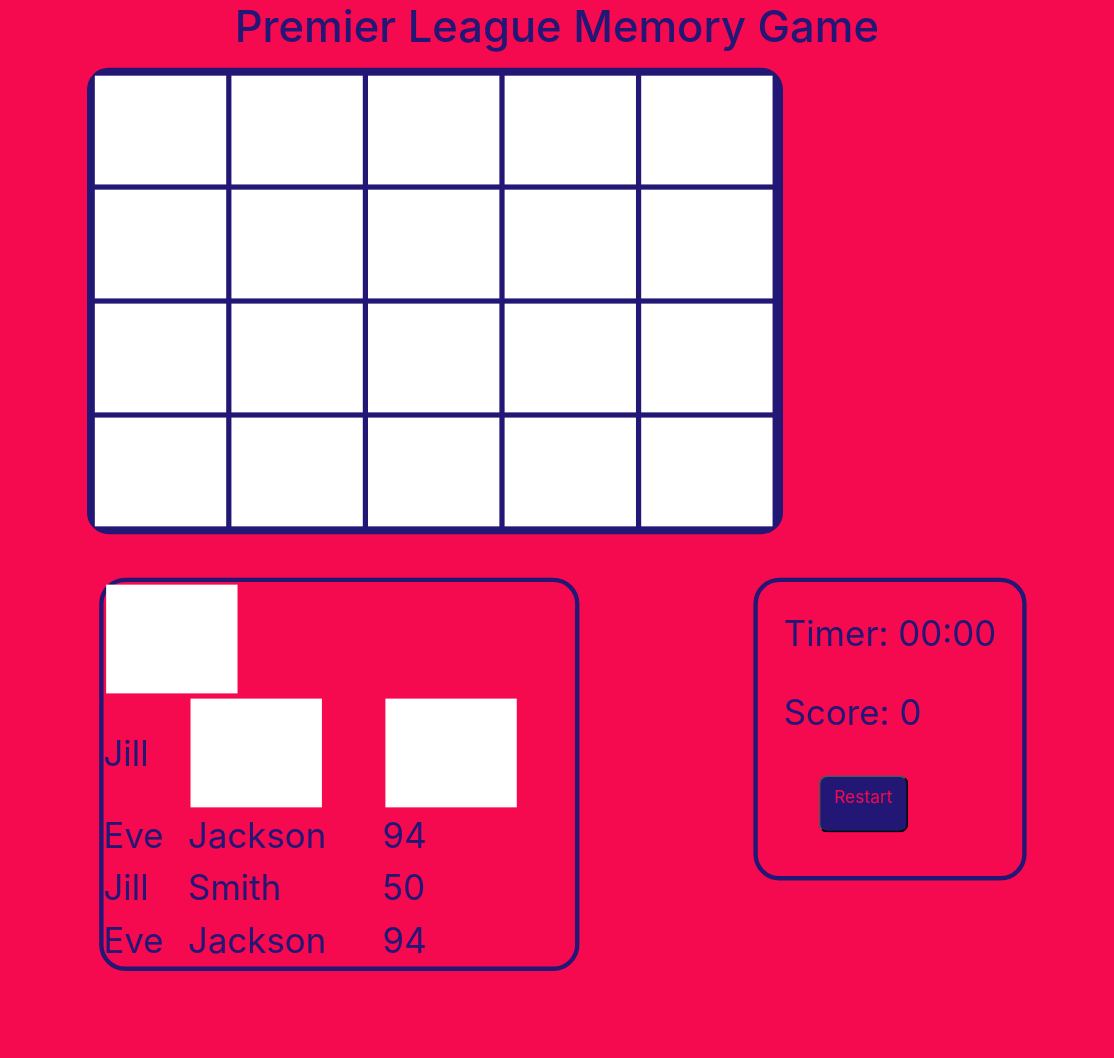
Repository: IchaTreasure/Premier-League-Memory-Game-
Page: index.html
The author's editor kept a record of every edit. The page is drawn from the files as they stood at one moment, then again after the next edit.
The browser window is 1280 px wide. The pictures show the whole page, at 87% of full size.
Some web libraries are served in a nearby version.

Above is the page before.

### index.html
<!DOCTYPE html>
<html lang="en">

<head>
    <meta charset="UTF-8">
    <meta name="viewport" content="width=device-width, initial-scale=1.0">
    <meta http-equiv="X-UA-Compatible" content="ie=edge">

    <link rel="stylesheet" href="https://maxcdn.bootstrapcdn.com/bootstrap/4.1.3/css/bootstrap.min.css">
    <link rel="stylesheet" href="https://use.fontawesome.com/releases/v5.6.1/css/all.css" integrity="sha384-gfdkjb5BdAXd+lj+gudLWI+BXq4IuLW5IT+brZEZsLFm++aCMlF1V92rMkPaX4PP" crossorigin="anonymous">
    <link rel="stylesheet" href="https://stackpath.bootstrapcdn.com/bootstrap/4.3.1/css/bootstrap.min.css" type="text/css" />
    <link rel="stylesheet" href="https://stackpath.bootstrapcdn.com/font-awesome/4.7.0/css/font-awesome.min.css" type="text/css" />
    <link rel="stylesheet" href="https://cdnjs.cloudflare.com/ajax/libs/hover.css/2.3.1/css/hover-min.css" type="text/css" />
    <link href="https://fonts.googleapis.com/css?family=Roboto:400,700" rel="stylesheet">
    <link rel="canonical" href="https://getbootstrap.com/docs/4.3/examples/starter-template/">



    <link rel="stylesheet" href="styles.css" type="text/css" />
    <title>Premier League Memory Game</title>
</head>

<body>
    <!-- Title of the the game -->
    <h1 style="color: #221775; text-align: center; font-size: 50px;">
        Premier League Memory Game
    </h1>



    <!-- div for the 4x5 Memory game -->
    <div id="game-container">

        <!-- div for the front and back images of the cards , coppied 20 time because its a 4x5 -->
        <div id="memory-card1" class="memory-card">
            <div id="back-card1" class="back-card">
                <img src="Images/manunited.jpg"></img>
            </div>
            <div id="front-card1" class="front-card">

            </div>
        </div>

        <!-- div for the front and back images of the cards , coppied 20 time because its a 4x5 -->
        <div id="memory-card2" class="memory-card">
            <div id="back-card2" class="back-card">
                <img src="Images/Mancity.png"></img>
            </div>
            <div id="front-card2" class="front-card">

            </div>
        </div>

        <!-- div for the front and back images of the cards , coppied 20 time because its a 4x5 -->
        <div id="memory-card3" class="memory-card">
            <div id="back-card3" class="back-card">
                <img src="Images/leicester.jpg"></img>
            </div>
            <div id="front-card3" class="front-card">

            </div>
        </div>

        <!-- div for the front and back images of the cards , coppied 20 time because its a 4x5 -->
        <div id="memory-card4" class="memory-card">
            <div id="back-card4" class="back-card">
                <img src="Images/Everton.png"></img>
            </div>
            <div id="front-card4" class="front-card">

            </div>
        </div>

        <!-- div for the front and back images of the cards , coppied 20 time because its a 4x5 -->
        <div id="memory-card5" class="memory-card">
            <div id="back-card5" class="back-card">
                <img src="Images/chelsea.png"></img>
            </div>
            <div id="front-card5" class="front-card">

            </div>
        </div>

        <!-- div for the front and back images of the cards , coppied 20 time because its a 4x5 -->
        <div id="memory-card6" class="memory-card">
            <div id="back-card6" class="back-card">
                <img src="Images/Watford.png"></img>
            </div>
            <div id="front-card6" class="front-card">

            </div>
        </div>

        <!-- div for the front and back images of the cards , coppied 20 time because its a 4x5 -->
        <div id="memory-card7" class="memory-card">
            <div id="back-card7" class="back-card">
                <img src="Images/west-ham.png"></img>
            </div>
            <div id="front-card7" class="front-card">

            </div>
        </div>

        <!-- div for the front and back images of the cards , coppied 20 time because its a 4x5 -->
        <div id="memory-card8" class="memory-card">
            <div id="back-card8" class="back-card">
                <img src="Images/bournemouth.jpg"></img>
            </div>
            <div id="front-card8" class="front-card">

            </div>
        </div>

        <!-- div for the front and back images of the cards , coppied 20 time because its a 4x5 -->
        <div id="memory-card9" class="memory-card">
            <div id="back-card9" class="back-card">
                <img src="Images/Burnley.png"></img>
            </div>
            <div id="front-card9" class="front-card">

            </div>
        </div>

        <!-- div for the front and back images of the cards , coppied 20 time because its a 4x5 -->
        <div id="memory-card10" class="memory-card">
            <div id="back-card10" class="back-card">
                <img src="Images/crystal_pal.png"></img>
            </div>
            <div id="front-card10" class="front-card">

            </div>
        </div>

        <!-- div for the front and back images of the cards , coppied 20 time because its a 4x5 -->
        <div id="memory-card11" class="memory-card">
            <div id="back-card11" class="back-card">
                <img src="Images/manunited.jpg"></img>
            </div>
            <div id="front-card11" class="front-card">

            </div>
        </div>

        <!-- div for the front and back images of the cards , coppied 20 time because its a 4x5 -->
        <div id="memory-card12" class="memory-card">
            <div id="back-card12" class="back-card">
                <img src="Images/Watford.png"></img>
            </div>
            <div id="front-card12" class="front-card">

            </div>
        </div>

        <!-- div for the front and back images of the cards , coppied 20 time because its a 4x5 -->
        <div id="memory-card13" class="memory-card">
            <div id="back-card13" class="back-card">
                <img src="Images/Burnley.png"></img>
            </div>
            <div id="front-card13" class="front-card">

            </div>
        </div>

        <!-- div for the front and back images of the cards , coppied 20 time because its a 4x5 -->
        <div id="memory-card14" class="memory-card">
            <div id="back-card14" class="back-card">
                <img src="Images/west-ham.png"></img>
            </div>
            <div id="front-card14" class="front-card">

            </div>
        </div>

        <!-- div for the front and back images of the cards , coppied 20 time because its a 4x5 -->
        <div id="memory-card15" class="memory-card">
            <div id="back-card15" class="back-card">
                <img src="Images/chelsea.png"></img>
            </div>
            <div id="front-card15" class="front-card">

            </div>
        </div>

        <!-- div for the front and back images of the cards , coppied 20 time because its a 4x5 -->
        <div id="memory-card16" class="memory-card">
            <div id="back-card16" class="back-card">
                <img src="Images/bournemouth.jpg"></img>
            </div>
            <div id="front-card16" class="front-card">

            </div>
        </div>

        <!-- div for the front and back images of the cards , coppied 20 time because its a 4x5 -->
        <div id="memory-card17" class="memory-card">
            <div id="back-card17" class="back-card">
                <img src="Images/leicester.jpg"></img>
            </div>
            <div id="front-card17" class="front-card">

            </div>
        </div>

        <!-- div for the front and back images of the cards , coppied 20 time because its a 4x5 -->
        <div id="memory-card18" class="memory-card">
            <div id="back-card18" class="back-card">
                <img src="Images/crystal_pal.png"></img>
            </div>
            <div id="front-card18" class="front-card">

            </div>
        </div>

        <!-- div for the front and back images of the cards , coppied 20 time because its a 4x5 -->
        <div id="memory-card19" class="memory-card">
            <div id="back-card19" class="back-card">
                <img src="Images/Mancity.png"></img>
            </div>
            <div id="front-card19" class="front-card">

            </div>
        </div>

        <!-- div for the front and back images of the cards , coppied 20 time because its a 4x5 -->
        <div id="memory-card20" class="memory-card">
            <div id="back-card20" class="back-card">
                <img src="Images/Everton.png"></img>
            </div>
            <div id="front-card20" class="front-card">

            </div>
        </div>

    </div>

    <!-- div for info about the current status of the game i.e time, score, flips -->
    <div class="game-info">

        <!-- div to show timer -->
        <div class="game-timer">
            <span>Timer:</span>
            <span>00:00</span>
        </div>

        <!-- div to show currnet score -->
        <div id="game-score">
            <span>Score:</span>
            <span>0</span>
        </div>

        <!-- div to reset the game -->
        <button id="reset-game" class="btn-lg active">
       <p style="color: #f50a50;">Restart</p>
        </button>

    </div>



    <div class="game-info">
        <table style="width:100%">
            <tr>
                <td>Jill</td>

                <!-- div for the front and back images of the cards , coppied 20 time because its a 4x5 -->
                <div id="memory-card1" class="memory-card">
                    <div id="back-card1" class="back-card">
                        <img src="Images/manunited.jpg"></img>
                    </div>
                    <div id="front-card1" class="front-card">

                    </div>
                </div>

                <td>


                <!-- div for the front and back images of the cards , coppied 20 time because its a 4x5 -->
                <div id="memory-card2" class="memory-card">
                    <div id="back-card2" class="back-card">
                        <img src="Images/Mancity.png"></img>
                    </div>
                    <div id="front-card2" class="front-card">

                    </div>
                </div>
</td>
                <td>
                    <!-- div for the front and back images of the cards , coppied 20 time because its a 4x5 -->
                    <div id="memory-card3" class="memory-card">
                        <div id="back-card3" class="back-card">
                            <img src="Images/leicester.jpg"></img>
                        </div>
                        <div id="front-card3" class="front-card">

                        </div>
                    </div>
                </td>
            </tr>
            <tr>
                <td>Eve</td>
                <td>Jackson</td>
                <td>94</td>
            </tr>
            <tr>
                <td>Jill</td>
                <td>Smith</td>
                <td>50</td>
            </tr>
            <tr>
                <td>Eve</td>
                <td>Jackson</td>
                <td>94</td>
            </tr>
        </table>

    </div>

    <script type="text/javascript" src="images.js"></script>
    <script type="text/javascript" src="script.js"></script>

    <script src="https://code.jquery.com/jquery-3.3.1.slim.min.js" integrity="sha384-q8i/X+965DzO0rT7abK41JStQIAqVgRVzpbzo5smXKp4YfRvH+8abtTE1Pi6jizo" crossorigin="anonymous"></script>
    <script src="https://cdnjs.cloudflare.com/ajax/libs/popper.js/1.14.7/umd/popper.min.js" integrity="sha384-UO2eT0CpHqdSJQ6hJty5KVphtPhzWj9WO1clHTMGa3JDZwrnQq4sF86dIHNDz0W1" crossorigin="anonymous"></script>
    <script src="https://stackpath.bootstrapcdn.com/bootstrap/4.3.1/js/bootstrap.min.js" integrity="sha384-JjSmVgyd0p3pXB1rRibZUAYoIIy6OrQ6VrjIEaFf/nJGzIxFDsf4x0xIM+B07jRM" crossorigin="anonymous"></script>

</body>

</html>

### styles.css
* {
  padding: 0;
  margin: 0;
  box-sizing: border-box;
  user-select: none;
}

body {
  background: #f50a50;
}

/* currnent status of the game stying */
.game-info {
  float: right;
	font-size: 40px;
	color: #221775;
	margin-top: 30px;
	margin-bottom: 100px;
	margin-right: 100px;
	margin-left: 100px;
	border: 5px solid #221775;
	border-radius: 30px;
}

/* Space between the timer and score */
#game-score{
	margin: 30px;
}
.game-timer{
  margin: 30px;
}

#reset-game {
  background-color: #221775;
	margin-bottom: 50px;
	margin-left: 70px;
	border-radius: 10px;
}

#game-container {
  float: left;
	width: 800px;
	height: auto;
	margin: 10px 20px 20px 100px;
	border: 6px solid #221775;
	background-color: #221775;
	border-radius: 25px;
}

img {
	width: 120px;
	height: 110px;
}

.memory-card{
  width: 151px;
	height: 125px;
	display: inline-block;
	float: left;
	margin: 3px;
	padding: 10px;
	background-color: white;
}

.front-card {
	position: absolute;
	width: 150px;
	height: 125px;
	margin: 0;
	transform: rotateY(0deg);
	transition: transform 0.5s linear 0s;
	backface-visibility: hidden;

}

.back-card {
	position: absolute;
	width: 150px;
	height: 125px;
	transform: rotateY(180deg);
	transition: transform 0.5s linear 0s;
	backface-visibility: hidden;
}

### script.js
//retriving the the classes of the game, timer, score and reset
var gamecontainer = document.getElementById("game-container");
var gametimer = document.getElementsByClassName("game-timer");
var gamescore = document.getElementById("game-score");
var resetgame = document.getElementsByClassName("reset-game");

var cardChecked = 0;
var cardNumber; // id of which card was clicked

var frontcard;
var backcard;

var endgame = false;

var cardIndex = [0, 0, 0, 0, 0, 0, 0, 0, 0, 0, 0, 0, 0, 0, 0, 0, 0, 0, 0, 0];

var cardTextRecord = [];

var cardRecord = [];

var numberOfFlips = 0;

var scoreCounter = 0;

//Fliping the cards
//gamecontainer.addEventListener("click", function(e) { // Listening for click
document.getElementById("game-container").addEventListener("click", function(e) { // Listening for click
	var targetElement = e.target.parentElement; //finding out which element was clicked and the parent of that elemnt
	var numId = targetElement.id;
	if (Number.isInteger(parseInt(numId.replace("back-card", ""), 10))) {
		cardClicked(targetElement.parentElement.id);
	}
	else {
		cardClicked(numId);
	}
});


function cardClicked(cardId) {
	cardNumber = cardId.replace("memory-card", "");
	cardNumber = parseInt(cardNumber, 10);

	if (cardIndex[cardNumber - 1] == 0 && cardChecked == 0 && endgame == false) {

		//frontcard = document.getElementById("front-card" + cardNumber);
		//backcard = document.getElementById("back-card" + cardNumber);
		document.getElementById("front-card" + cardNumber).style.transform = "rotateY(-180deg)";
		document.getElementById("back-card" + cardNumber).style.transform = "rotateY(0deg)";

		cardTextRecord.push(document.getElementById("back-card" + cardNumber).innerHTML);
		cardRecord.push(cardNumber);

		numberOfFlips++;
		cardIndex[cardNumber - 1] = 1;

		if (numberOfFlips == 2) {
			if (cardTextRecord[0] == cardTextRecord[1]) {
				scoreCounter++;
				//gamescore.innerHTML = "Score: " + scoreCounter;
				document.getElementById("game-score").innerHTML = "Score: " + scoreCounter;
				cardTextRecord = [];
				cardRecord = [];

				numberOfFlips = 0;

				if (scoreCounter == 10) {
					clearTimeout();
					setTimeout(function() { showScore(); }, 600);
				}
				return;
			}
			else {
				cardChecked = 1;
				setTimeout(function() { unFlip(); }, 600);
				return;
			}
		}
	}

	if (endgame == true) {
		alert("Game Over, click reset to reshuffle the Board");
	}
}

function unFlip() {
	document.getElementById("front-card" + cardRecord[0]).style.transform = "rotateY(0deg)";
	document.getElementById("back-card" + cardRecord[0]).style.transform = "rotateY(180deg)";
	document.getElementById("front-card" + cardRecord[1]).style.transform = "rotateY(0deg)";
	document.getElementById("back-card" + cardRecord[1]).style.transform = "rotateY(180deg)";

	cardIndex[cardRecord[0] - 1] = 0;
	cardIndex[cardRecord[1] - 1] = 0;
	cardTextRecord = [];
	cardRecord = [];
	numberOfFlips = 0;
	cardChecked = 0;
}

function showScore() {
	endgame = true;

	if (scoreCounter == 10) {
		alert("Congratulations! You won! Your Score is " + scoreCounter);
	}
	else {
		alert("Sorry!!!! You Lost Your score is " + scoreCounter);

	}
}

document.getElementById("reset-game").addEventListener("click", startNewGame);

function startNewGame() {
	window.location.reload();
}

Loaded but not shown: images.js (no copy from this time; the picture is the same without it)

After the next edit:
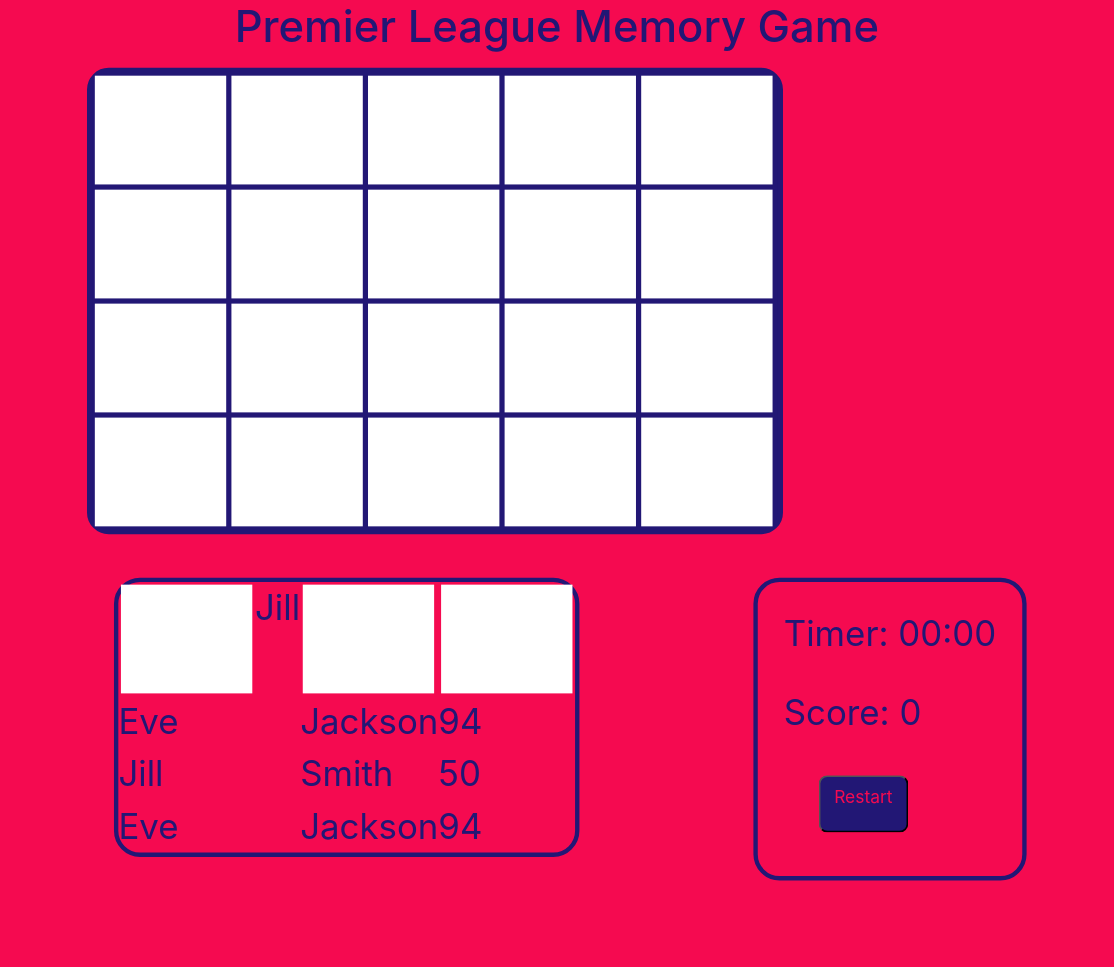
The edit:
--- a/index.html
+++ b/index.html
@@ -260,7 +260,7 @@
     <div class="game-info">
         <table style="width:100%">
             <tr>
-                <td>Jill</td>
+                <td>Jill
 
                 <!-- div for the front and back images of the cards , coppied 20 time because its a 4x5 -->
                 <div id="memory-card1" class="memory-card">
